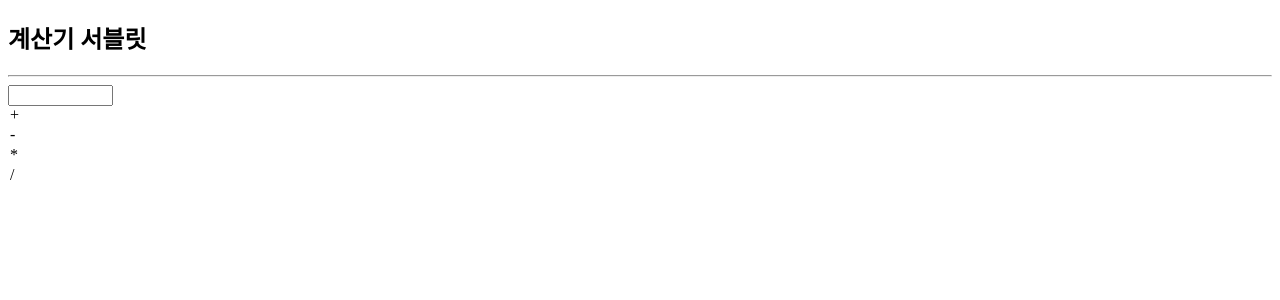
Repository: heezzanggg/JSPWebProgramming
Page: JSPWebProgramming/jwbook/src/main/webapp/ch05/calcForm.html
The author's editor kept a copy of each file at every save. The page is drawn from the files as they stood at one save, then again after the next save.
The browser window is 1280 px wide. The pictures show the whole page.

Above is the page before, as saved 2023-03-27 16:13:21.

### JSPWebProgramming/jwbook/src/main/webapp/ch05/calcForm.html
<!DOCTYPE html>
<html>
<head>
<meta charset="UTF-8">
<title>Simple Calculator</title>
</head>
<body>
	<h2>계산기 서블릿</h2>
	<hr>
	<form method="post" action="/jwbook/calc">
		<input type="text" name="n1" size="10">
		<selct name="op">
		<option>+</option>
		<option>-</option>
		<option>*</option>
		<option>/</option>

	</form>

</body>
</html>

After the next save:
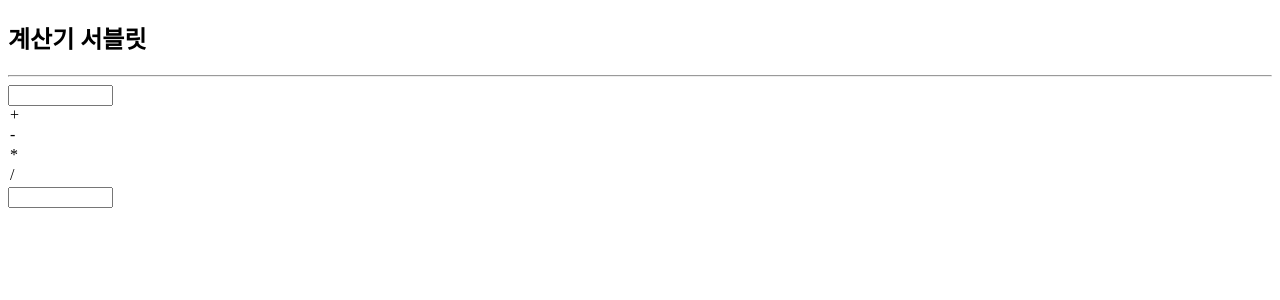
Saved 33 s later.
--- a/JSPWebProgramming/jwbook/src/main/webapp/ch05/calcForm.html
+++ b/JSPWebProgramming/jwbook/src/main/webapp/ch05/calcForm.html
@@ -10,11 +10,12 @@
 	<form method="post" action="/jwbook/calc">
 		<input type="text" name="n1" size="10">
 		<selct name="op">
-		<option>+</option>
-		<option>-</option>
-		<option>*</option>
-		<option>/</option>
-
+			<option>+</option>
+			<option>-</option>
+			<option>*</option>
+			<option>/</option>
+		</selct>
+		<input type="text" name="n2" size="10">
 	</form>
 
 </body>
